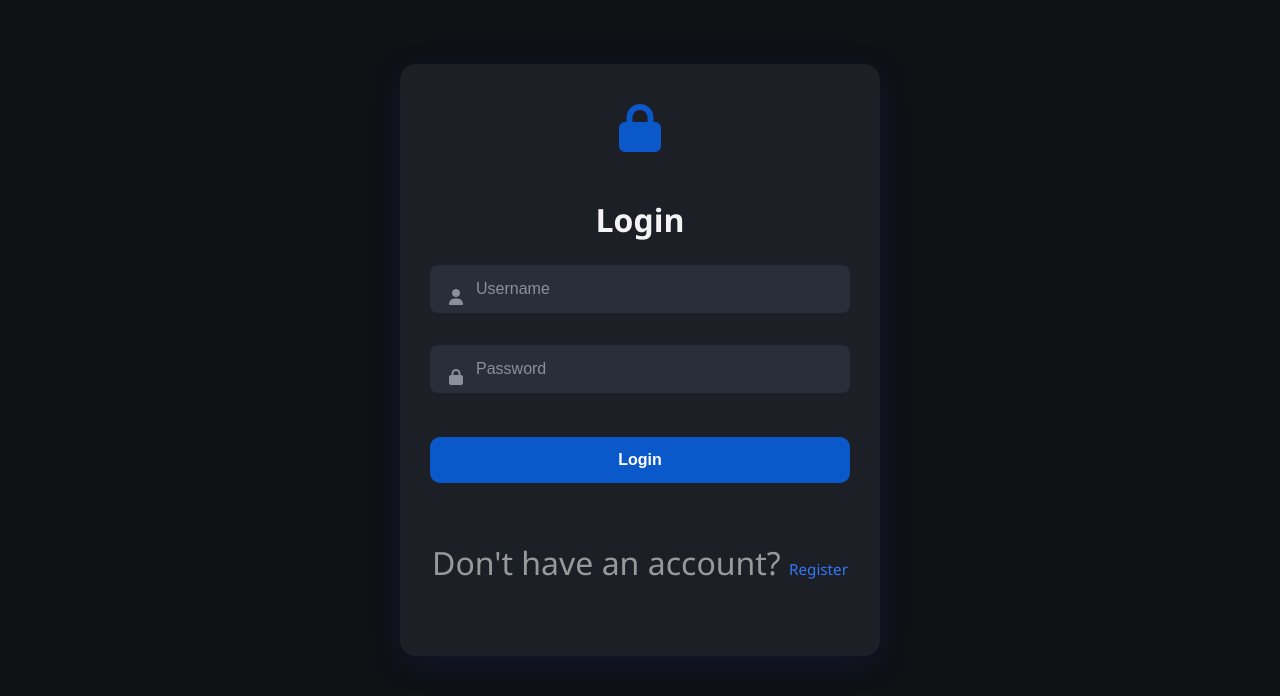
Repository: lowluds/auth-flask
Page: http://localhost/login
An editor plug-in stored every save of this project. The page is shown before and after the next save, followed by the edit.
The browser window is 1280 px wide. The pictures show the whole page.
The page is served by the project's application, run on Flask 3 (login.py).

Above is the page before, as saved 2025-07-10 22:25:16.

After the next save:
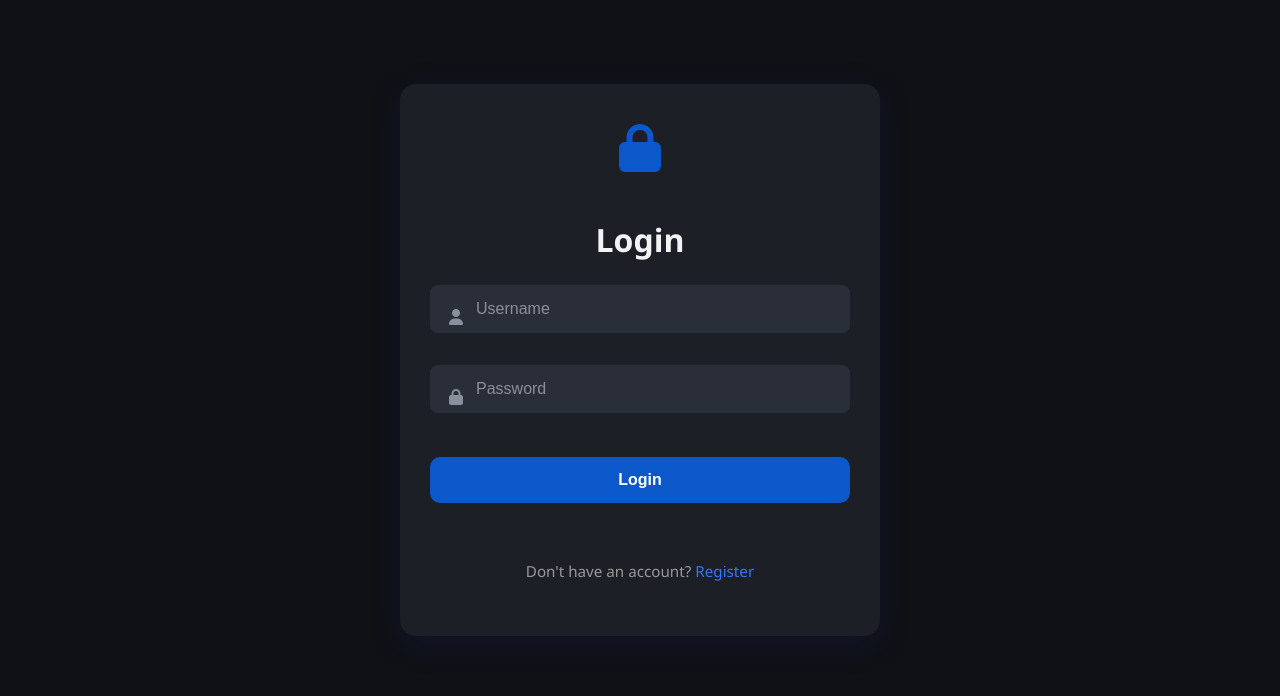
Saved 5 s later.
--- a/static/register.css
+++ b/static/register.css
@@ -158,7 +158,7 @@ a:hover {
 p {
     margin-top: 16px;
     color: #999;
-    font-size: 2rem;
+    font-size: 0.95rem;
 }
 
 /* Forgot Password */
